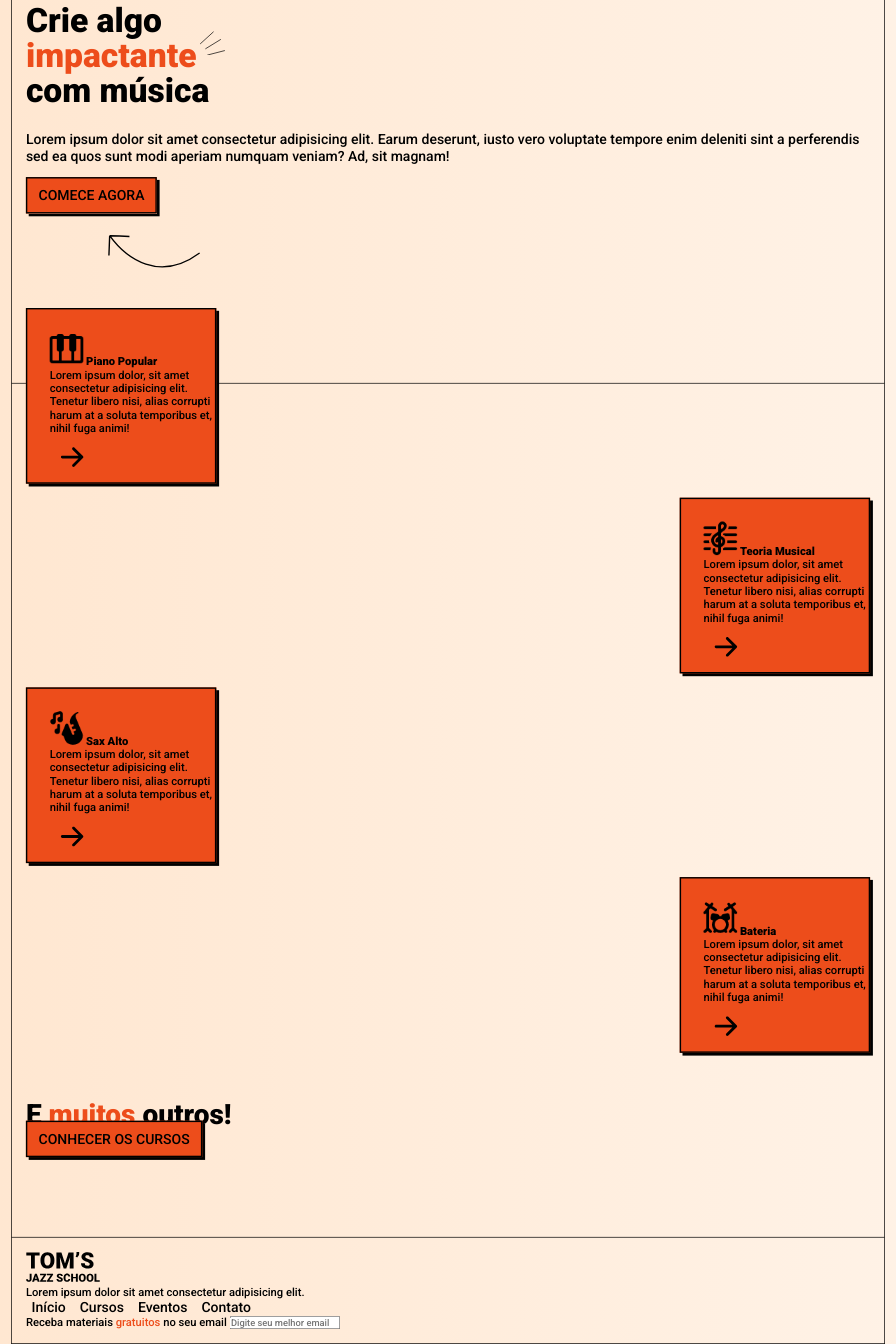
Repository: tenoriodasilva31/OBC-Music-School
Page: index.html
An editor plug-in stored every save of this project. The page is shown before and after the next save, followed by the edit.
The browser window is 1280 px wide. The pictures show the part of the page from y = 990 to 2910 px (the page is 2910 px tall), at 70% of full size.

Above is the page before, as saved 2023-07-05 17:46:45.

### index.html
<!DOCTYPE html>
<html lang="pt-BR">
<head>
    <meta charset="UTF-8">
    <meta name="viewport" content="width=device-width, initial-scale=1.0">
    <title>Tom's Jazz School</title>

    <link rel="preconnect" href="https://fonts.googleapis.com">
    <link rel="preconnect" href="https://fonts.gstatic.com" crossorigin>

    <link rel="stylesheet" href="index.css">

    <link href="https://fonts.googleapis.com/css2?family=Roboto:wght@500;900&display=swap" rel="stylesheet">
</head>
<body>
    <header>
        <img src="./img/logo.svg" alt="Tom's School">
        <nav class="mt-1 nx-auto">
            <a href="#">Início</a>
            <a href="#">Cursos</a>
            <a href="#">Eventos</a>
            <a href="#">Contato</a>
        </nav>
        <button href="#" class="button mt-1 mb-1 nx-auto">Inscreva-se</button>
    </header>
    <main>
        <section class="hero-section">
            <img src="/img/hero-img.svg" alt="Banda de jazz se apresentando">
            <div>
                <h1 class="mt-2">Crie algo <span class="text-primary decoration">impactante</span> com música</h1>
                <p class="mt-2 mb-2">Lorem ipsum dolor sit amet consectetur adipisicing elit. Earum deserunt, iusto vero voluptate tempore enim deleniti sint a perferendis sed ea quos sunt modi aperiam numquam veniam? Ad, sit magnam!</p>
                <a href="#" class="button mt-1 mb-1 nx-auto">Comece agora</a>
            </div>
        </section>
        <section class="courses-section">
            <div class="cards">
            <article class="card">
                <img src="/img/piano.png" alt="icone de teclas de piano">
                <strong>Piano Popular</strong>
                <p>Lorem ipsum dolor, sit amet consectetur adipisicing elit. Tenetur libero nisi, alias corrupti harum at a soluta temporibus et, nihil fuga animi!</p>
                <a href="#">
                    <img src="/img/arrow-right.svg" alt="Ir para página do curso">
                </a>
            </article>
            <article class="card">
                <img src="/img/clef.png" alt="icone clave">
                <strong>Teoria Musical</strong>
                <p>Lorem ipsum dolor, sit amet consectetur adipisicing elit. Tenetur libero nisi, alias corrupti harum at a soluta temporibus et, nihil fuga animi!</p>
                <a href="#">
                    <img src="/img/arrow-right.svg" alt="Ir para página do curso">
                </a>
            </article>
            <article class="card">
                <img src="/img/sax.png" alt="icone de teclas de piano">
                <strong>Sax Alto</strong>
                <p>Lorem ipsum dolor, sit amet consectetur adipisicing elit. Tenetur libero nisi, alias corrupti harum at a soluta temporibus et, nihil fuga animi!</p>
                <a href="#">
                    <img src="/img/arrow-right.svg" alt="Ir para página do curso">
                </a>
            </article>
            <article class="card">
                <img src="/img/drums.png" alt="icone de teclas de piano">
                <strong>Bateria</strong>
                <p>Lorem ipsum dolor, sit amet consectetur adipisicing elit. Tenetur libero nisi, alias corrupti harum at a soluta temporibus et, nihil fuga animi!</p>
                <a href="#">
                    <img src="/img/arrow-right.svg" alt="Ir para página do curso">
                </a>
            </article>
            </div>
            <h2>E <span class="text-primary">muitos</span> outros!</h2>
            <a href="#" class="button">Conhecer os cursos</a>
        </section>
    </main>

    <footer>
        <div>
            <img src="/img/logo.svg" alt="Tom's School">
            <p>Lorem ipsum dolor sit amet consectetur adipisicing elit. </p>
        </div>
        <nav>
            <a href="#">Início</a>
            <a href="#">Cursos</a>
            <a href="#">Eventos</a>
            <a href="#">Contato</a>
        </nav>
        <form>
            <label for="email">Receba materiais <span class="text-primary">gratuitos</span> no seu email</label>
            <input type="text" name="email" id="email" placeholder="Digite seu melhor email">
        </form>
    </footer>
</body>
</html>

### index.css
* {
    box-sizing: border-box;
    font-family: 'Roboto', sans-serif;
    margin: 0;
    padding: 0;
}

:root {
    --color-primary: #ED4D1B;
    --color-secondary: #FF9a3c;
    --color-black: #000;
    --color-white: #FFF;
}

body {
    background: linear-gradient(90deg, #ffe7d1 0%, #FFF2e6 100%);
    padding: 0 1rem;
}

header,.hero-section, .courses-section, footer {
    border-color: var(--color-black);
    border-style: solid;
    border-width: 0 1px 1px 1px;
    padding: 1.25rem;
}

header img {
    display: block;
    margin: 1rem auto;
}

header nav {
    display: grid;
    grid-template-columns: 1fr, 1fr;
}

nav a {
    color: var(--color-black);
    font-size: 1.25rem;
    padding: .5rem;
    text-decoration: none;
}

header nav a:nth-child(2n-1) {
    text-align: right;
}

.button {
    background-color: var(--color-primary);
    border: 2px solid var(--color-black);
    box-shadow: 4px 4px 0 var(--color-black);
    color: var(--color-black);
    display: black;
    font-size: 1.25rem;
    padding: .75rem 1rem;
    max-width: 14rem;
    text-align: center;
    text-decoration: none;
    text-transform: uppercase;
}

.hero-section {
    padding-right: 0;
    padding-bottom: 16rem;

}

.hero-section img {
    display: block;
    margin: 1.25rem 0 0 auto;
    max-width: 100%;
}

h1 {
    font-size: 3rem;
    line-height: 105%;
}

h2 {
    font-size: 2.5rem;
}

.hero-section p {
    font-size: 1.25rem;
    padding-right: 1.25rem;
}

.hero-section .button {
    position: relative;

}

.hero-section .button::after {
    content: '';
    background: url("/img/arrow-curve.svg");
    position: absolute;
    top: 5rem;
    right: -4rem;
    height: 48px;
    width: 132px;
}

.decoration {
    display: block;
    position: relative;
}

.decoration::after {
    content: '';
    background: url(/img/three-dashes.svg);
    position: absolute;
    top: -0.75rem;
    height: 36px;
    width: 40px;
}

.courses-section {
    padding-bottom: 8rem;

}

.cards {
    display: flex;
    flex-direction: column;
    align-items: start;
    gap: 1.25rem;
    margin-top: -8rem;
    margin-bottom: 4rem;
}

.card {
    background-color: var(--color-primary);
    border: 2px solid var(--color-black);
    box-shadow: 4px 4px 0 var(--color-black);
    max-width: 17rem;
    padding: 2rem 0 0 2rem;
}

.card:nth-child(2n) {
    align-self: end;
}

.mt-1 {
    margin-top: 1rem;
}

.mt-2 {
    margin-top: 2rem;
}

.mb-1 {
    margin-bottom: 1rem;
}

.mb-2 {
    margin-bottom: 2rem;
}

.mx-auto {
    margin-left: auto;
    margin-right: auto;
}

.text-primary {
    color: var(--color-primary);
}

.text-center {
    text-align: center;
}

After the next save:
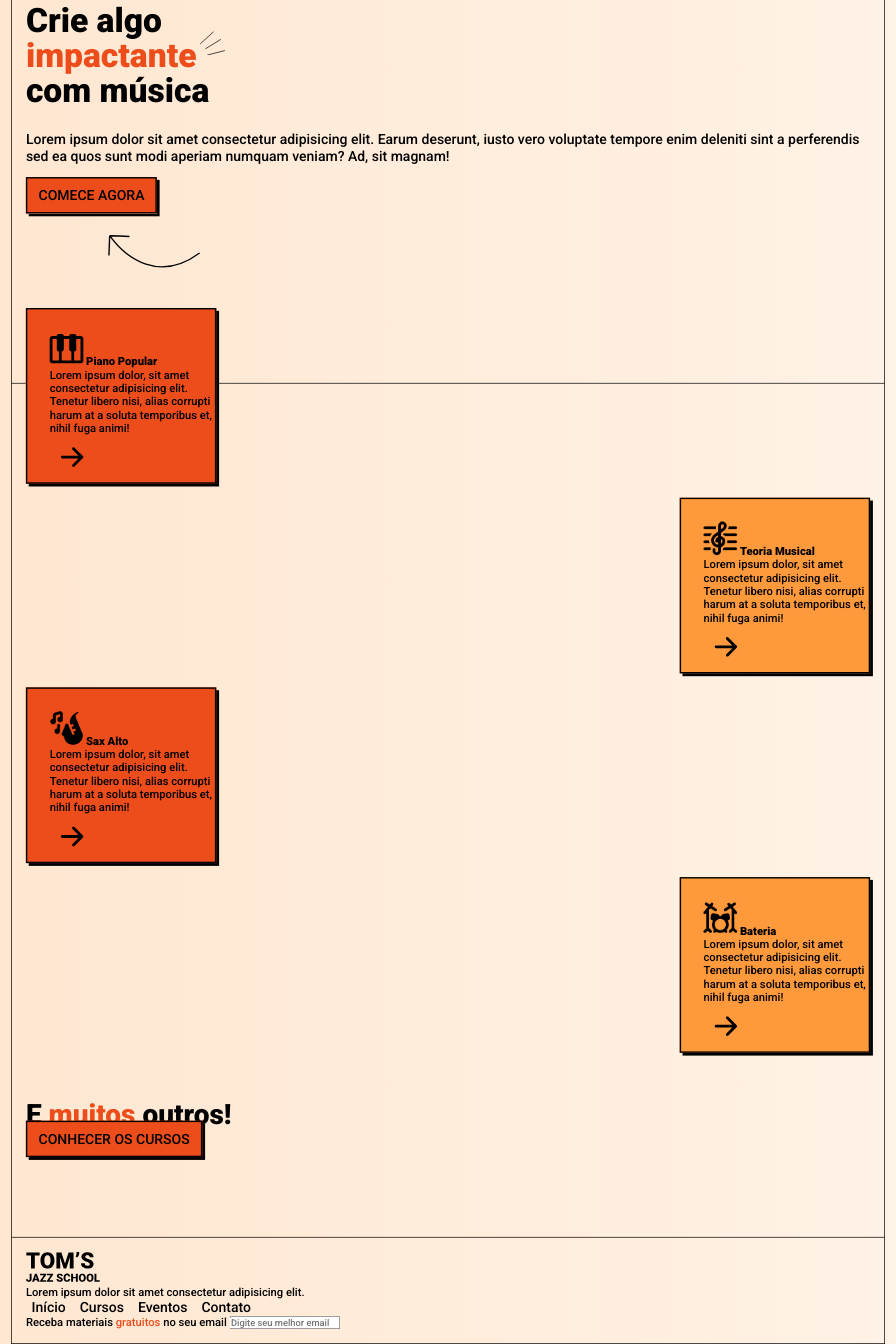
Saved 26 s later.
--- a/index.css
+++ b/index.css
@@ -138,6 +138,7 @@ h2 {
 
 .card:nth-child(2n) {
     align-self: end;
+    background-color: var(--color-secondary)
 }
 
 .mt-1 {
